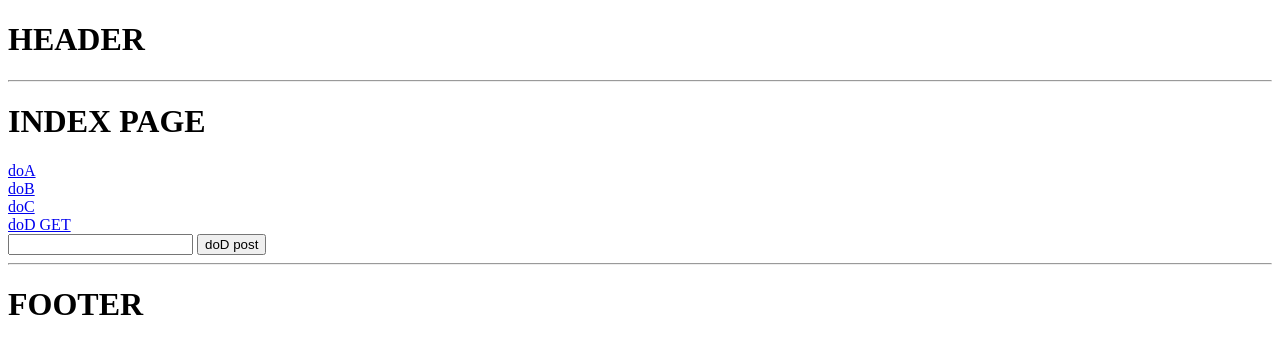
Repository: gitgw016/spring
Page: http://localhost/mvc_part02_controller/
The author's editor kept a copy of each file at every save. The page is drawn from the files as they stood at one save, then again after the next save.
The browser window is 1280 px wide. The pictures show the whole page.
The page is served by Tomcat 9.

Above is the page before, as saved 2022-01-11 06:06:40.

After the next save:
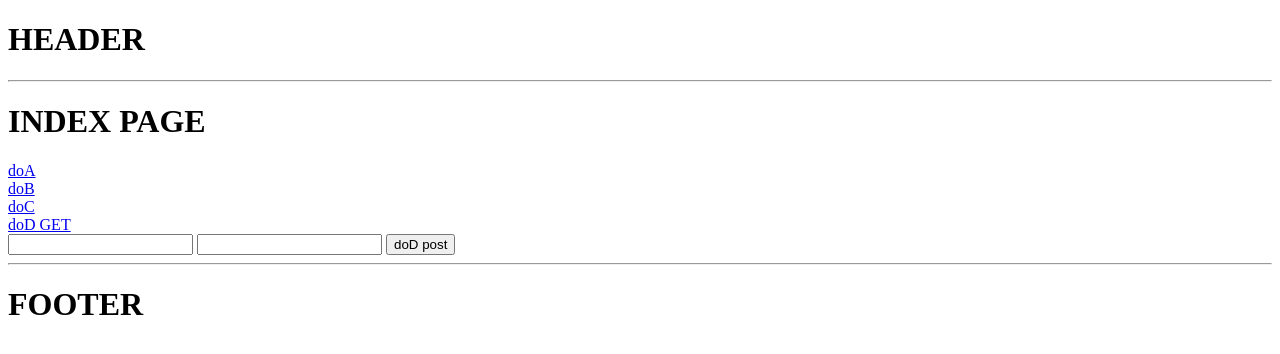
Saved 55 s later.
--- a/mvc_part02_controller/src/main/webapp/index.jsp
+++ b/mvc_part02_controller/src/main/webapp/index.jsp
@@ -8,6 +8,7 @@
 	<a href="doD?msg=hi">doD GET</a> <br/>
 	<form action="doD" method="post">
 		<input type="text" name="msg"/>
+		<input type="number" name="age"/>
 		<input type="submit" value="doD post"/>
 	</form>
 <jsp:include page="WEB-INF/views/common/footer.jsp"/>
